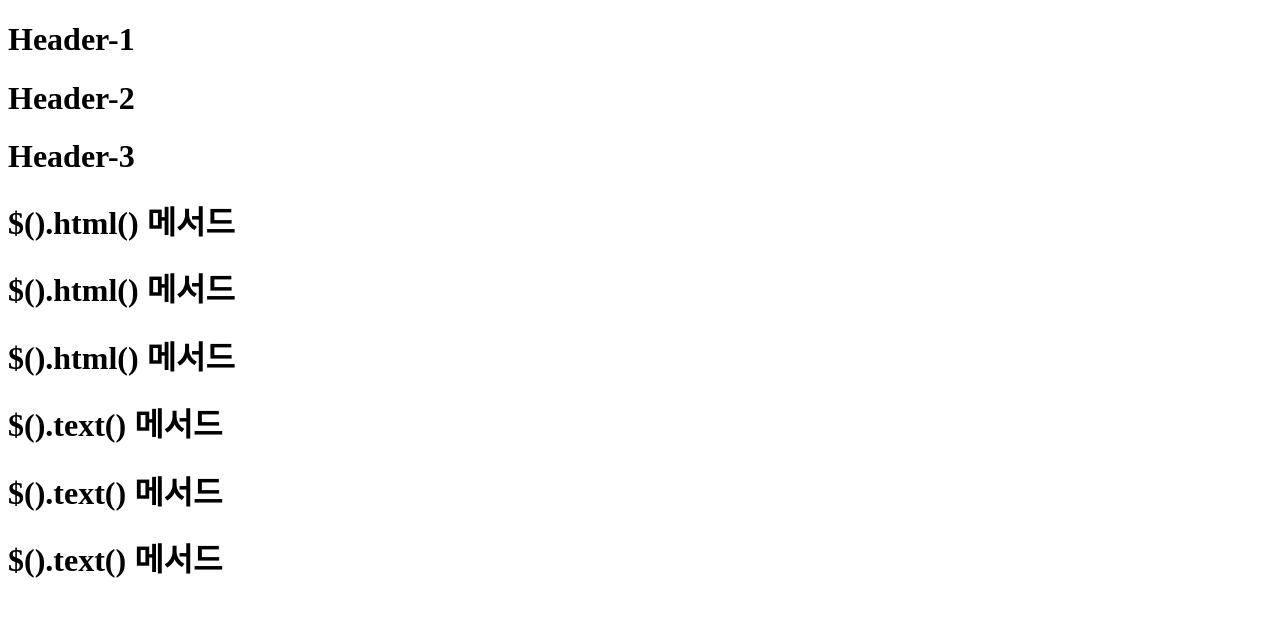
Repository: Junhee1412/front_end_practice
Page: jquery, bootstrap/js01_jquery/public/js14_inner.html
An editor plug-in stored every save of this project. The page is shown before and after the next save, followed by the edit.
The browser window is 1280 px wide. The pictures show the whole page.

Above is the page before, as saved 2022-11-14 07:23:22.

### jquery, bootstrap/js01_jquery/public/js14_inner.html
<!DOCTYPE html>
<html>
<head>
	<meta charset="UTF-8">
	<title>Insert title here</title>
		<script src="./js/jquery-3.6.1.min.js"></script>
	<script>
		//html(), text(), remove(), empty()
		$(function() {
			//1. html() : 문서객체
			var h1 = $('h1').html(); //문서객체
			//alert(h1);
			//2. text() : 문서객체 내부의 문자열
			var h1_text = $('h1').text();
			//alert(h1_text);
			//문서객체 추가하기
			$('div.html').html('<h1>$().html() 메서드</h1>');
			//문서객체 내부에 문자열 추가
			$('div.text').html('<h1>$().text() 메서드</h1>');

			//3. remove() : 문서객체를 삭제

			//4. empty() : 문서객체 내부문자를 삭제
		});
	</script>
</head>
<body>
	<h1>Header-1</h1>
	<h1>Header-2</h1>
	<h1>Header-3</h1>

	<div class="html"></div>
	<div class="html"></div>
	<div class="html"></div>

	<div class="text"></div>
	<div class="text"></div>
	<div class="text"></div>
</body>
</html>

Loaded but not shown: jquery, bootstrap/js01_jquery/public/js/jquery-3.6.1.min.js (library)

After the next save:
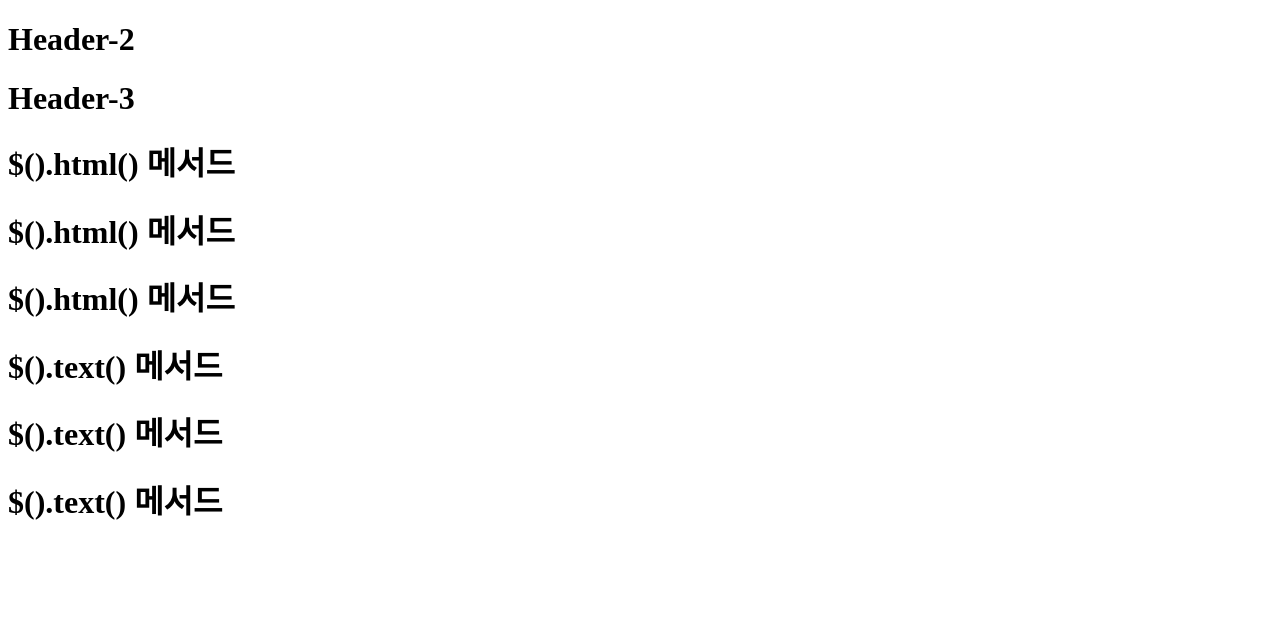
Saved 77 s later.
--- a/jquery, bootstrap/js01_jquery/public/js14_inner.html
+++ b/jquery, bootstrap/js01_jquery/public/js14_inner.html
@@ -17,8 +17,8 @@
 			$('div.html').html('<h1>$().html() 메서드</h1>');
 			//문서객체 내부에 문자열 추가
 			$('div.text').html('<h1>$().text() 메서드</h1>');
-
 			//3. remove() : 문서객체를 삭제
+			$('h1').first().remove();
 
 			//4. empty() : 문서객체 내부문자를 삭제
 		});
